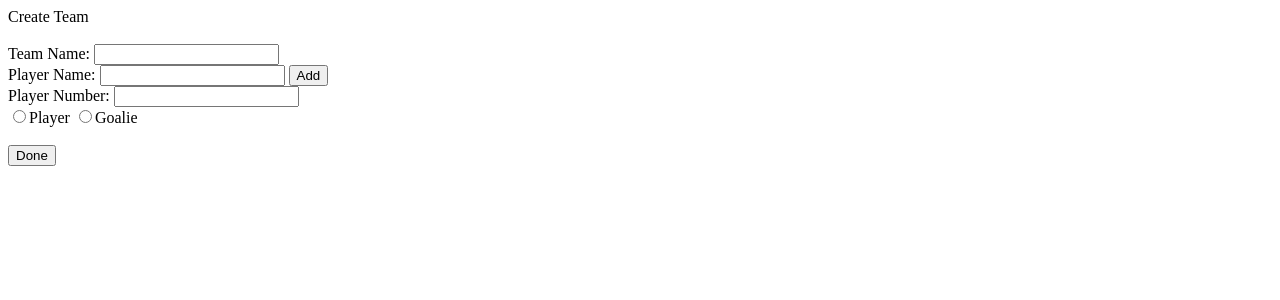
Repository: FredGlozman/SwiftScore
Page: SwiftScore/CreateTeam.html
The author's editor kept a copy of each file at every save. The page is drawn from the files as they stood at one save, then again after the next save.
The browser window is 1280 px wide. The pictures show the whole page.

Above is the page before, as saved 2015-12-03 00:10:34.

After the next save:
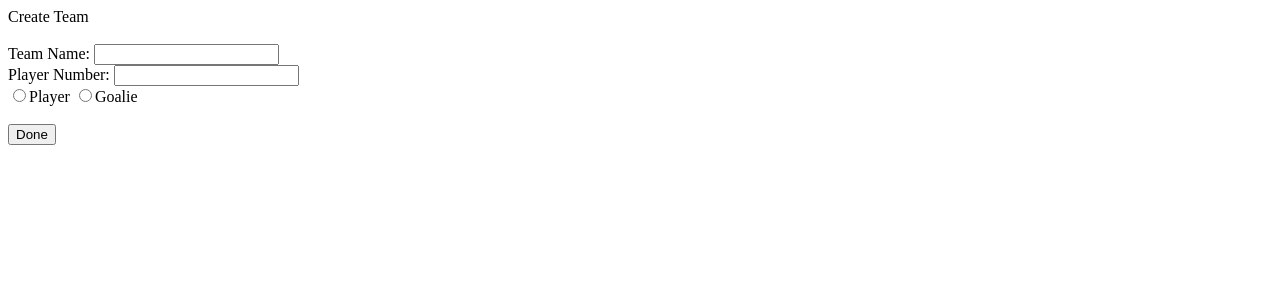
Saved 33 s later.
--- a/SwiftScore/CreateTeam.html
+++ b/SwiftScore/CreateTeam.html
@@ -8,8 +8,7 @@ Create Team
 <br><br>
 Team Name: <input type="text" name="teamName">
 <br>
-Player Name: <input type="text" name="PlayerName"> <input type= "submit" name= "add" value= "Add">
-<br>
+
 Player Number: <input type="text" name="PlayerNumber">
 <br>
 <input type="radio" name = "Type" value="player">Player
